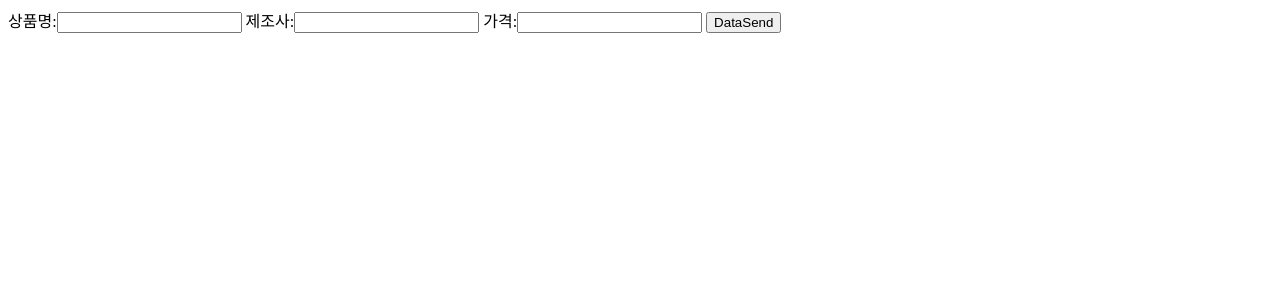
Repository: hamham1210/JavaStudy
Page: http://localhost/workshop01/form.jsp
An editor plug-in stored every save of this project. The page is shown before and after the next save, followed by the edit.
The browser window is 1280 px wide. The pictures show the whole page.
The page is served by Tomcat 9. Nobody is signed in. The application's start-up code is not run. Other server files are loaded and not shown.

Above is the page before, as saved 2024-10-02 08:56:38.

### workshop01/src/main/webapp/form.jsp
<%@ page language="java" contentType="text/html; charset=UTF-8"
	pageEncoding="UTF-8"%>
<!DOCTYPE html>
<html>
<head>
<meta charset="UTF-8">
<title>Insert title here</title>
</head>
<body>
	<form action="">
		상품명:<input type="text" id="name" name="name"> 제조사:<input
			type="text" id="maker" name="maker"> 가격:<input type="text"
			id="price" name="price"> <input type="submit"
			value="DataSend">
	</form>
</body>
</html>

After the next save:
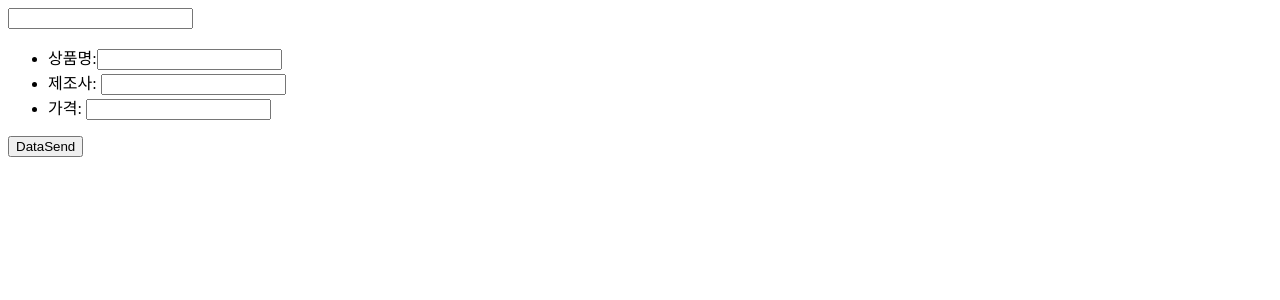
Saved 84 s later.
--- a/workshop01/src/main/webapp/form.jsp
+++ b/workshop01/src/main/webapp/form.jsp
@@ -8,10 +8,14 @@
 </head>
 <body>
 	<form action="">
-		상품명:<input type="text" id="name" name="name"> 제조사:<input
-			type="text" id="maker" name="maker"> 가격:<input type="text"
-			id="price" name="price"> <input type="submit"
-			value="DataSend">
+	 <input type="text"
+			id="price" name="price">
+				<ul>
+			<li>상품명:<input type="text" id="name" name="name"></li>
+			<li>제조사: <input type="text" id="maker" name="maker"></li>
+			<li>가격: <input type="text" name="id" id="id"></li>
+		</ul>
+			<input type="submit" value="DataSend">
 	</form>
 </body>
 </html>
